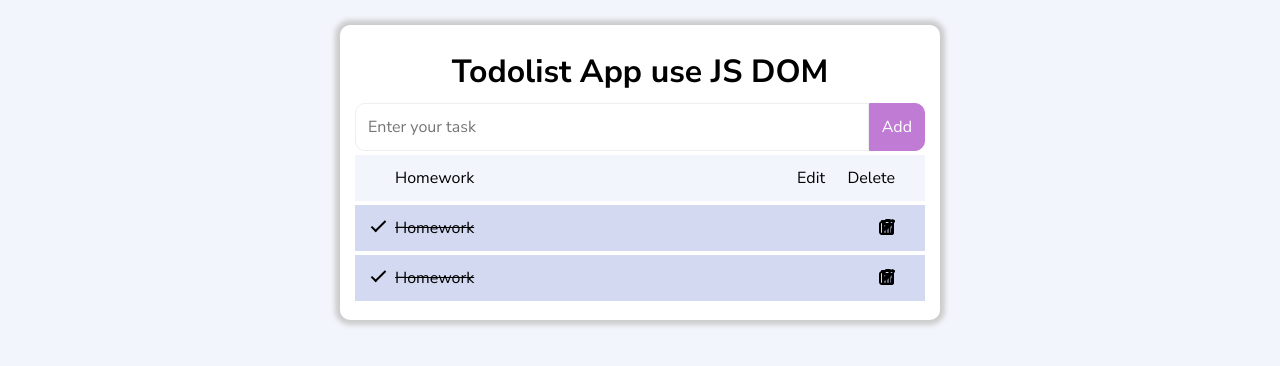
Repository: anhquan74-dev/todolist_app
Page: index.html
The author's editor kept a copy of each file at every save. The page is drawn from the files as they stood at one save, then again after the next save.
The browser window is 1280 px wide. The pictures show the whole page.
Some web libraries are served in a nearby version.

Above is the page before, as saved 2022-07-21 16:27:25.

### index.html
<!DOCTYPE html>
<html lang="en">
  <head>
    <meta charset="UTF-8" />
    <meta http-equiv="X-UA-Compatible" content="IE=edge" />
    <meta name="viewport" content="width=device-width, initial-scale=1.0" />
    <title>TodoList Web Application</title>
    <link rel="stylesheet" href="style.css" />
    <link
      rel="stylesheet"
      href="https://cdnjs.cloudflare.com/ajax/libs/font-awesome/6.1.1/css/all.min.css"
      integrity="sha512-KfkfwYDsLkIlwQp6LFnl8zNdLGxu9YAA1QvwINks4PhcElQSvqcyVLLD9aMhXd13uQjoXtEKNosOWaZqXgel0g=="
      crossorigin="anonymous"
      referrerpolicy="no-referrer"
    />
  </head>
  <body>
    <div class="todo-app">
      <h1>Todolist App use JS DOM</h1>
      <div class="form-control">
        <input id="input-text" type="text" placeholder="Enter your task" />
        <button class="add-btn">Add</button>
      </div>
      <ul id="list-item">
        <li class="item">
          Homework
          <a class="edit-btn">Edit</a>
          <a class="delete-btn">Delete</a>
        </li>
        <li class="item checked">
          Homework
          <span class="delete-btn"><i class="fa-solid fa-pen-to-square"></i></i></span>
          <span class="delete-btn"><i class="fa-solid fa-trash-can"></i></span>
        </li>
        <li class="item checked">
          Homework
          <span class="delete-btn"><i class="fa-solid fa-pen-to-square"></i></i></span>
          <span class="delete-btn"><i class="fa-solid fa-trash-can"></i></span>
        </li>
      </ul>
    </div>
    <script src="main.js"></script>
  </body>
</html>

### style.css
@import url('https://fonts.googleapis.com/css2?family=Nunito+Sans:ital,wght@0,300;0,400;0,600;0,700;0,800;0,900;1,300;1,400;1,600;1,700;1,800;1,900&display=swap');

*, *::after, *::before {
    margin: 0;
    padding: 0;
    box-sizing: border-box;
}
button, input,
body {
    font-family: 'Nunito Sans', sans-serif;
    background-color: #f3f5fc;
}

input {
    background-color: white;
}

.todo-app {
    background-color: white;
    max-width: 600px;
    margin: 25px auto;
    border-radius: 10px;
    padding: 15px;
    box-shadow: 0px 0px 5px 5px #ccc;
}

h1 {
    text-align: center;
    margin: 10px;
}

.form-control {
    display: flex;
    align-items: center;
}

#input-text {
    font-size: 16px;
    padding: 12px;
    width: 100%;
    outline: none;
    border: 1px solid #eee;
    border-radius: 10px 0px 0px 10px;
}

.add-btn {
    font-size: 16px;
    padding: 12px;
    outline: none;
    border: 1px solid #c07cd4;
    border-radius: 0px 10px 10px 0px;
    cursor: pointer;
    background-color: #c07cd4;
    color: white;
}

.add-btn:hover {
    background-color: #a13bc0;
    border: 1px solid #a13bc0;
}

.list-item {
    list-style-type:none;
    margin-top: 20px;
}

.item {
    padding: 12px 12px 12px 40px;
    background-color: #f3f5fc;
    margin:4px 0;
    position: relative;
    overflow: hidden;
    cursor: pointer;
}

.edit-btn {
    position: absolute;
    top: 50%;
    transform: translateY(-50%);
    right: 100px;
}

.delete-btn {
    position: absolute;
    top: 50%;
    transform: translateY(-50%);
    right: 30px;
}

.item:hover  span{
    opacity: 1;
    transform: translateX(-100%);
}

.item span:hover {
    background-color: rgba(216, 29, 29, 0.795);
}

li.checked {
    background-color: #d2d9f0;
    text-decoration: line-through;
}

ul li.checked::before {
    content: '';
    position: absolute;
    border-color: black;
    border-style: solid;
    border-width: 0 2px 2px 0;
    top: 12px;
    left: 20px;
    transform: rotate(45deg);
    height: 15px;
    width: 7px;
  }

### main.js
var list = document.querySelector("ul");
list.addEventListener("click", function (ev) {
  if (ev.target.nodeName === "LI") {
    ev.target.classList.toggle("checked");
  }
});

var close = document.getElementsByClassName("close-btn");
var i;
for (i = 0; i < close.length; i++) {
  close[i].onclick = function () {
    var div = this.parentElement;
    div.style.display = "none";
  };
}
//
function newElement() {
  var li = document.createElement("li");
  var inputValue = document.getElementById("input-text").value;
  var t = document.createTextNode(inputValue);
  li.appendChild(t);
  li.className = "item";
  if (inputValue === "") {
    alert("You must write something!");
  } else {
    document.getElementById("list-item").appendChild(li);
  }
  document.getElementById("input-text").value = "";

  var span = document.createElement("SPAN");
  span.className = "close-btn";
  span.innerHTML = '<i class="fa-solid fa-trash-can">';
  li.appendChild(span);

  for (i = 0; i < close.length; i++) {
    close[i].onclick = function () {
      var div = this.parentElement;
      div.style.display = "none";
    };
  }
}

After the next save:
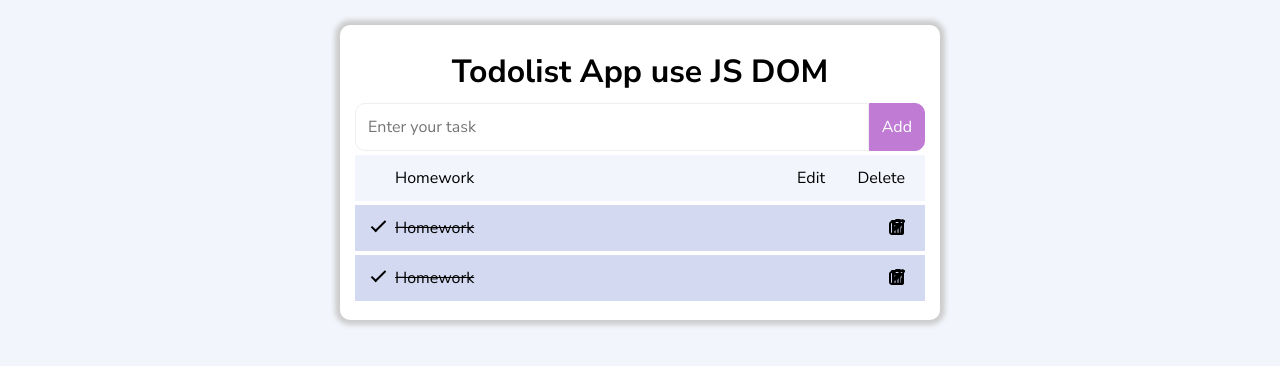
Saved 10 s later.
--- a/style.css
+++ b/style.css
@@ -84,7 +84,7 @@ h1 {
     position: absolute;
     top: 50%;
     transform: translateY(-50%);
-    right: 30px;
+    right: 20px;
 }
 
 .item:hover  span{
